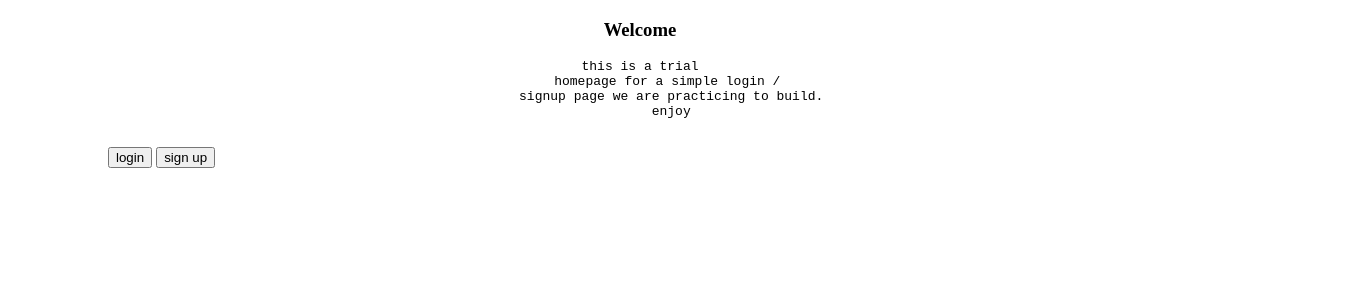
Repository: yhung004/TUTORIAL_PAGE
Page: home.html
An editor plug-in stored every save of this project. The page is shown before and after the next save, followed by the edit.
The browser window is 1280 px wide. The page is 1372 px wide, then 1280 px, so the pictures cover 1372 px, including what lies to the right of the window. The pictures show the whole page.

Above is the page before, as saved 2024-04-09 23:49:56.

### home.html
<!DOCTYPE html>
<html lang="en">
<head>
    <meta charset="UTF-8">
    <meta name="viewport" content="width=device-width, initial-scale=1.0">
    <title>Document</title>
    <link rel="stylesheet" href="main.css">
</head>
<body>
    <h3 class="welcome">Welcome</h3>
    <pre class="welcome_text">this is a trial
        homepage for a simple login /
        signup page we are practicing to build.
        enjoy
    </pre>
    <div class="buttons">
        <input type="button" value="login" class="button_a">
        <input type="button" value="sign up" class="button_b">
    </div>
</body>
</html>

### main.css
.welcome{
    text-align: center;
}
.welcome_text {
    text-align:center;
}
.buttons {
    margin : 0 -100px 0 100px;
}

After the next save:
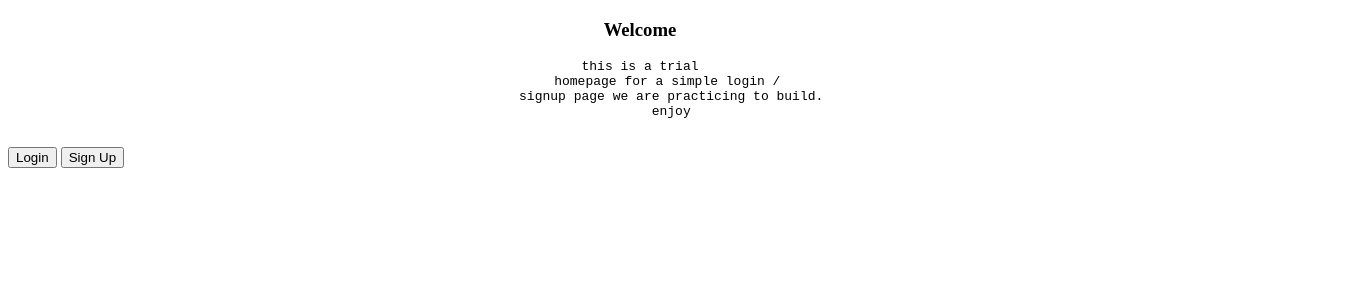
Saved 56 s later.
--- a/home.html
+++ b/home.html
@@ -13,9 +13,9 @@
         signup page we are practicing to build.
         enjoy
     </pre>
-    <div class="buttons">
-        <input type="button" value="login" class="button_a">
-        <input type="button" value="sign up" class="button_b">
-    </div>
+    <button>
+        Login
+    </button>
+    <button> Sign Up</button>
 </body>
 </html>
